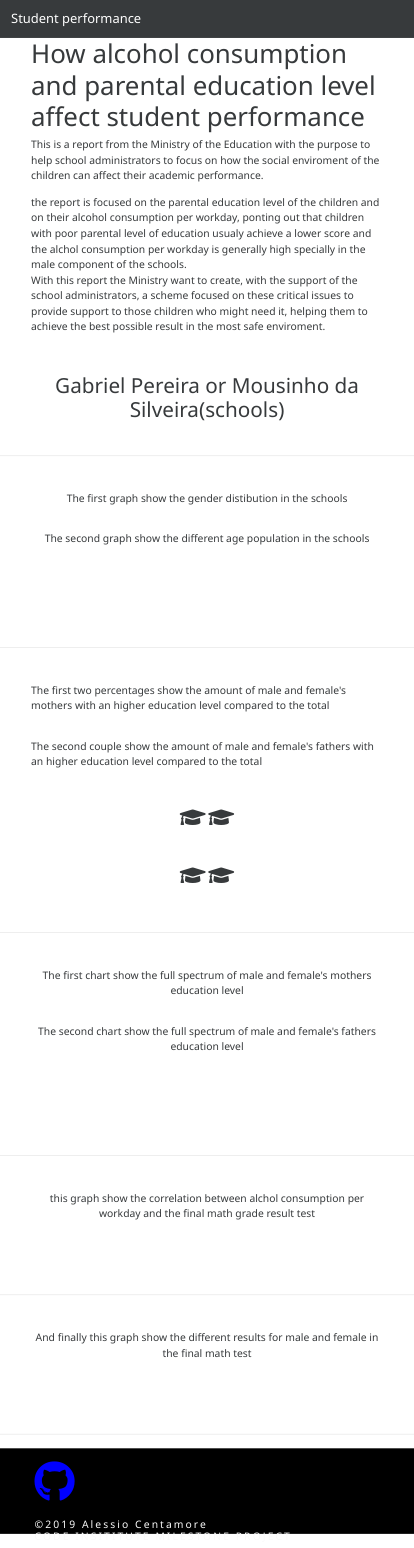
Repository: Baal89/second-milestone-project
Page: index.html
The author's editor kept a record of every edit. The page is drawn from the files as they stood at one moment, then again after the next edit.
The browser window is 600 px wide. The pictures show the whole page, at 69% of full size.
Some web libraries are served in a nearby version.

Above is the page before.
Console error: SyntaxError: Unexpected token 'function'

After the next edit:
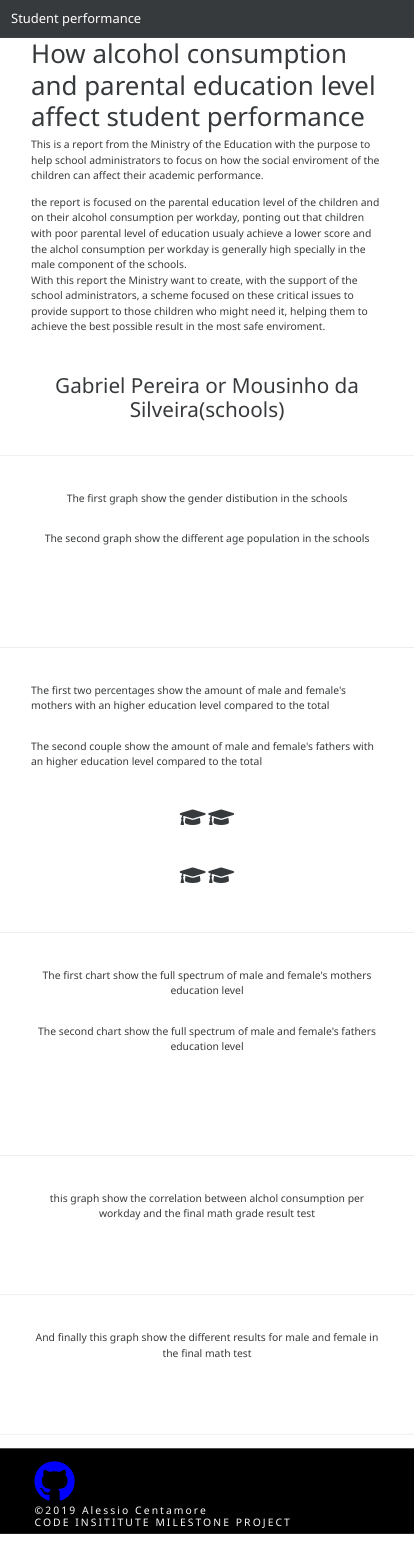
The edit:
--- a/static/css/style.css
+++ b/static/css/style.css
@@ -65,6 +65,12 @@
         overflow-x: scroll;
         border: none;
     }
+    .number-box {
+        margin: 0;
+    }
+    .project {
+        top:0;
+    }
 }
 
 @media screen and (max-width: 648px) {
